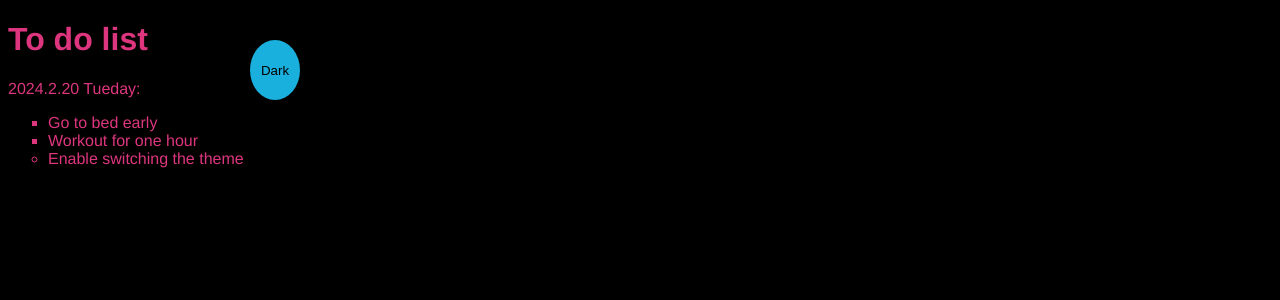
Repository: MaggieMengXingchen/Class-4
Page: index.html
These files come from the project's save history. The page is drawn as it stood at one moment and after the next save; the edit follows.
The browser window is 1280 px wide. The pictures show the whole page.

Above is the page before, as saved 2024-02-20 15:22:58.

### index.html
<!DOCTYPE html> <!-- 定义文档类型，告诉浏览器这是一个HTML5文档 -->
<html lang="en"> <!-- 根元素，定义了整个HTML文档，lang属性指定文档的主要语言为英语 -->
<head>
    <meta charset="UTF-8"> <!-- 定义字符编码为UTF-8，支持大多数语言的字符 -->
    <meta name="viewport" content="width=device-width, initial-scale=1.0"> <!-- 视口设置，确保网页在不同设备上正确显示，实现响应式设计 -->
    <title>Document</title> <!-- 定义网页标题 -->
    <Link rel="stylesheet" href="main.css"> <!-- 链接外部CSS文件，用于定义网页的样式 -->
        <noscript>You need to enable JavaScript to view the full site.</noscript> <!-- 如果浏览器禁用了JavaScript，显示这段文本 -->
</head>
<body class="dark-theme"><!-- 使用class属性应用暗色主题的样式，通过改变class值可以切换主题 -->
    <h1>To do list</h1> <!-- 页面的主标题 -->
    <p id="msg">2024.2.20 Tueday:</p> <!-- 段落标签，定义了一个文本区域 -->
    <ul> <!-- 定义一个无序列表 -->
        <li class="list">Go to bed early</li> <!-- 列表项，应用了class="list"的样式，显示为方形项目符号 -->
        <li class="list">Workout for one hour</li> <!-- 同上 -->
        <li>Enable switching the theme</li> <!-- 无特殊样式的列表项，默认圆形项目符号 -->
    </ul>
    <div>
        <button class="btn">Dark</button> <!-- 定义一个按钮，应用了.btn样式 -->
    </div>
    <script src="app.js"></script> <!-- 引入外部JavaScript文件，用于添加交互功能 -->
</body>

<script>alert('Hello World')</script> <!-- 内嵌JavaScript代码，加载网页时弹出"Hello World"警告框 -->
</html>

### main.css
:root {
    --green: #dd367e; /* 定义绿色变量，颜色代码为#00FF00 */
    --white: #1ab0de; /* 定义白色变量，颜色代码为#FFFFFF */
    --black: #000000; /* 定义黑色变量，颜色代码为#000000 */
}
body {
    background-color: var(--bg); /* 设置body背景颜色，使用变量--bg */
    color: var(--fontColor); /* 设置body文字颜色，使用变量--fontColor */
    font-family: Helvetica; /* 设置body字体为Helvetica */
}
/*将所有无序列表（<ul>标签）的字体设置为Helvetica字体*/
li {
    list-style: circle; /* 设置列表项前的符号为圆圈 */
}
.list {
    list-style: square; /* 设置class为list的列表项前的符号为正方形 */
}
.btn {
    position: absolute; /* 设置按钮位置为绝对定位 */
    top: 40px; /* 设置按钮距离顶部20像素 */
    left: 250px; /* 设置按钮距离左边250像素 */
    height: 60px; /* 设置按钮高度为50像素 */
    width: 50px; /* 设置按钮宽度为50像素 */
    border-radius: 50%; /* 设置按钮边角为圆形 */
    border: none; /* 设置按钮无边框 */
    color: var(--btnFontColor); /* 设置按钮文字颜色，使用变量--btnFontColor */
    background-color: var(--btnBg); /* 设置按钮背景颜色，使用变量--btnBg */
}
.light-theme {
    --bg: var(--green); /* 浅色主题下，设置背景颜色为绿色 */
    --fontColor: var(--black); /* 浅色主题下，设置文字颜色为黑色 */
    --btnBg: var(--black); /* 浅色主题下，设置按钮背景颜色为黑色 */
    --btnFontColor: var(--white); /* 浅色主题下，设置按钮文字颜色为白色 */
}
.dark-theme {
    --bg: var(--black); /* 深色主题下，设置背景颜色为黑色 */
    --fontColor: var(--green); /* 深色主题下，设置文字颜色为绿色 */
    --btnBg: var(--white); /* 深色主题下，设置按钮背景颜色为白色 */
    --btnFontColor: var(--black); /* 深色主题下，设置按钮文字颜色为黑色 */
}

### app.js
const switcher = document.querySelector('.btn'); // 选取页面中class为'.btn'的元素，通常是一个按钮，并赋值给变量switcher。

switcher.addEventListener('click', function() { // 为switcher元素添加一个点击事件监听器。
    document.body.classList.toggle('light-theme'); // 切换<body>元素的class，如果有'light-theme'则移除，没有则添加。
    document.body.classList.toggle('dark-theme'); // 同上，但是对'dark-theme'类进行操作。

    const className = document.body.className; // 获取<body>元素当前的className并赋值给变量className。
    if(className == "light-theme") { // 如果当前className是"light-theme"，则执行以下操作：
        this.textContent = "Dark"; // 将按钮的文本内容设置为"Dark"。
    } else { // 如果当前className不是"light-theme"，即暗色主题，则执行以下操作：
        this.textContent = "Light"; // 将按钮的文本内容设置为"Light"。
    }
});

After the next save:
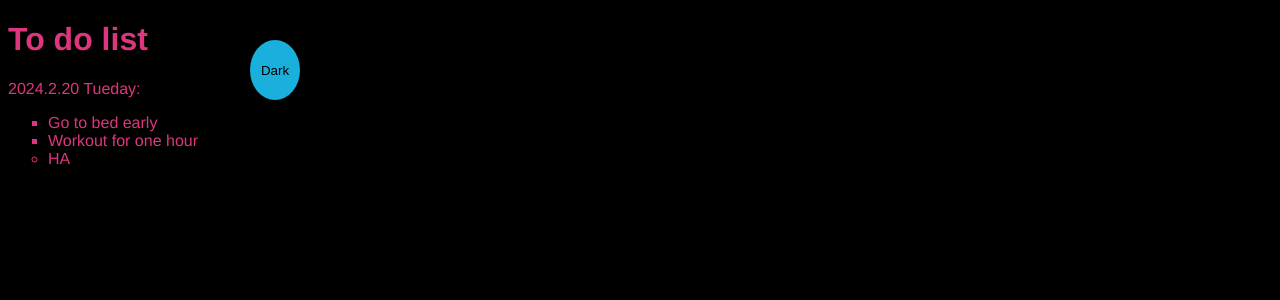
Saved 51 s later.
--- a/index.html
+++ b/index.html
@@ -13,7 +13,7 @@
     <ul> <!-- 定义一个无序列表 -->
         <li class="list">Go to bed early</li> <!-- 列表项，应用了class="list"的样式，显示为方形项目符号 -->
         <li class="list">Workout for one hour</li> <!-- 同上 -->
-        <li>Enable switching the theme</li> <!-- 无特殊样式的列表项，默认圆形项目符号 -->
+        <li>HA</li> <!-- 无特殊样式的列表项，默认圆形项目符号 -->
     </ul>
     <div>
         <button class="btn">Dark</button> <!-- 定义一个按钮，应用了.btn样式 -->
